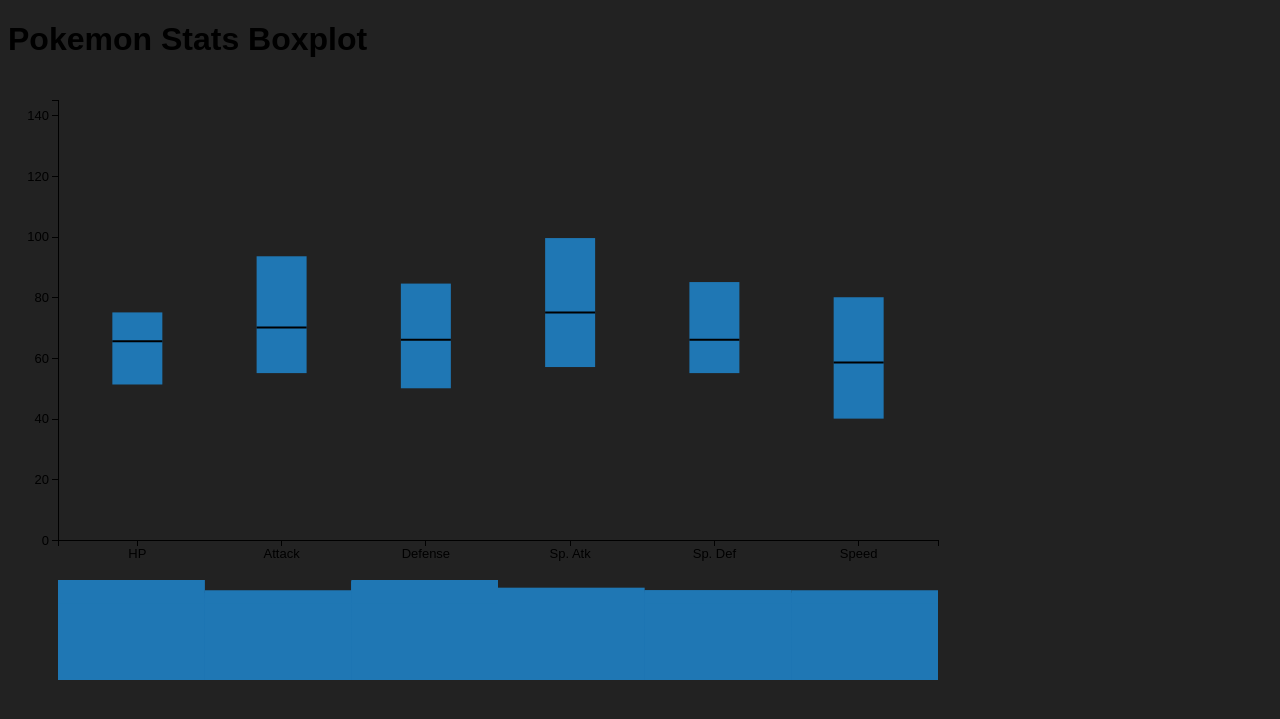
Repository: Cartterr/Proyecto-VisInfo
Page: Propuesta1_Tipos_Cajas.html
These files come from the project's save history. The page is drawn as it stood at one moment and after the next save; the edit follows.
The browser window is 1280 px wide. The pictures show the whole page.

Above is the page before, as saved 2023-06-27 22:29:31.

After the next save:
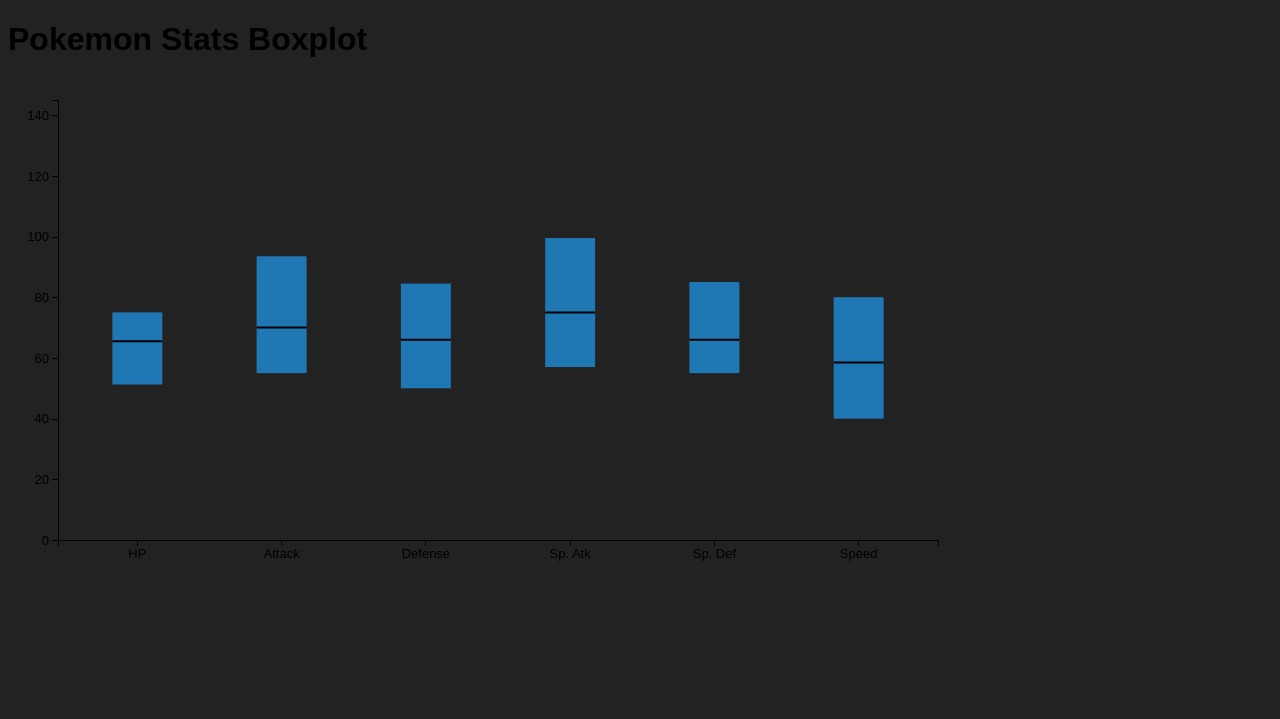
Saved 94 s later.
--- a/Propuesta1_Tipos_Cajas.js
+++ b/Propuesta1_Tipos_Cajas.js
@@ -1,17 +1,15 @@
 d3.csv("pokemon.csv").then(data => {
     const types = Array.from(new Set(data.map(d => d["Type 1"])));
-    const generations = Array.from(new Set(data.map(d => d.Generation))).sort((a, b) => a - b); // Assuming the generations are numeric
     const statNames = ["HP", "Attack", "Defense", "Sp. Atk", "Sp. Def", "Speed"];
 
     const margin = { top: 20, right: 30, bottom: 40, left: 50 },
         width = 960 - margin.left - margin.right,
-        height = 500 - margin.top - margin.bottom,
-        genHeight = 100;
+        height = 500 - margin.top - margin.bottom;
 
     const svg = d3.select("#boxplot")
         .append("svg")
         .attr("width", width + margin.left + margin.right)
-        .attr("height", height + margin.top + margin.bottom + genHeight) // Add room for the generation plot
+        .attr("height", height + margin.top + margin.bottom)
         .append("g")
         .attr("transform", `translate(${margin.left},${margin.top})`);
 
@@ -22,18 +20,8 @@
     const y = d3.scaleLinear()
         .range([height, 0]);
 
-    const genX = d3.scaleBand()
-        .domain(generations)
-        .range([0, width]);
-
-    const genY = d3.scaleLinear()
-        .domain([0, d3.max(data, d => +d.Total)]) // Assuming you want to display the "Total" stat
-        .range([genHeight, 0]);
-
     const xAxis = d3.axisBottom(x);
     const yAxis = d3.axisLeft(y);
-
-    const genXAxis = d3.axisBottom(genX);
 
     svg.append("g")
         .attr("class", "axis x-axis")
@@ -44,41 +32,9 @@
         .attr("class", "axis y-axis")
         .call(yAxis);
 
-    const genSvg = svg.append("g")
-        .attr("transform", `translate(0,${height + margin.bottom})`);
+    const updateBoxPlot = (selectedType) => {
+        const typeData = data.filter(d => d["Type 1"] === selectedType);
 
-    genSvg.selectAll("rect")
-        .data(data)
-        .enter()
-        .append("rect")
-        .attr("x", d => genX(d.Generation))
-        .attr("y", d => genY(d.Total))
-        .attr("width", genX.bandwidth())
-        .attr("height", d => genHeight - genY(d.Total))
-        .attr("fill", "#1f77b4");
-
-    genSvg.append("g")
-        .attr("class", "axis x-axis")
-        .attr("transform", `translate(0,${genHeight})`)
-        .call(genXAxis);
-
-    const brush = d3.brushX()
-        .extent([[0, 0], [width, genHeight]])
-        .on("end", brushed);
-
-    genSvg.append("g")
-        .attr("class", "brush")
-        .call(brush);
-
-    function brushed(event) {
-        if (!event.selection) return; // Ignore empty selections
-        const indexSelection = event.selection.map(genX.invert);
-        const selectedData = data.filter(d => +d.Generation >= indexSelection[0] && +d.Generation <= indexSelection[1]);
-        updateBoxPlot(selectedData, types[0]);
-    }
-
-    function updateBoxPlot(selectedData, selectedType) {
-        const typeData = selectedData.filter(d => d["Type 1"] === selectedType);
         const typeStats = statNames.map(stat => typeData.map(d => +d[stat]));
 
         x.domain(statNames);
@@ -97,28 +53,30 @@
         svg.selectAll(".box")
             .data(typeStats)
             .join("rect")
-            .attr("class", "box")
             .transition()
             .duration(450)
+            .attr("class", "box")
             .attr("x", (d, i) => x(statNames[i]) + (x.bandwidth() - boxWidth) / 2)
+            .attr("width", boxWidth)
             .attr("y", d => y(d3.quantile(d, 0.75)))
-            .attr("width", boxWidth)
             .attr("height", d => y(d3.quantile(d, 0.25)) - y(d3.quantile(d, 0.75)));
+
+        typeList.selectAll("li")
+            .classed("selected", d => d === selectedType);
 
         svg.selectAll(".median")
             .data(typeStats)
             .join("line")
-            .attr("class", "median")
             .transition()
             .duration(450)
+            .attr("class", "median")
             .attr("x1", (d, i) => x(statNames[i]) + (x.bandwidth() - boxWidth) / 2)
             .attr("x2", (d, i) => x(statNames[i]) + (x.bandwidth() + boxWidth) / 2)
             .attr("y1", d => y(d3.median(d)))
             .attr("y2", d => y(d3.median(d)));
+    };
 
-        typeList.selectAll("li")
-            .classed("selected", d => d === selectedType);
-    }
+
 
     const typeList = d3.select("#typeList");
     typeList.selectAll("li")
@@ -128,9 +86,9 @@
         .text(d => d)
         .on("click", function () {
             const selectedType = d3.select(this).text();
-            updateBoxPlot(data, selectedType); //pass the whole data set
+            updateBoxPlot(selectedType);
         });
 
     // Initialize with the first type
-    updateBoxPlot(data, types[0]); //pass the whole data set
+    updateBoxPlot(types[0]);
 });
